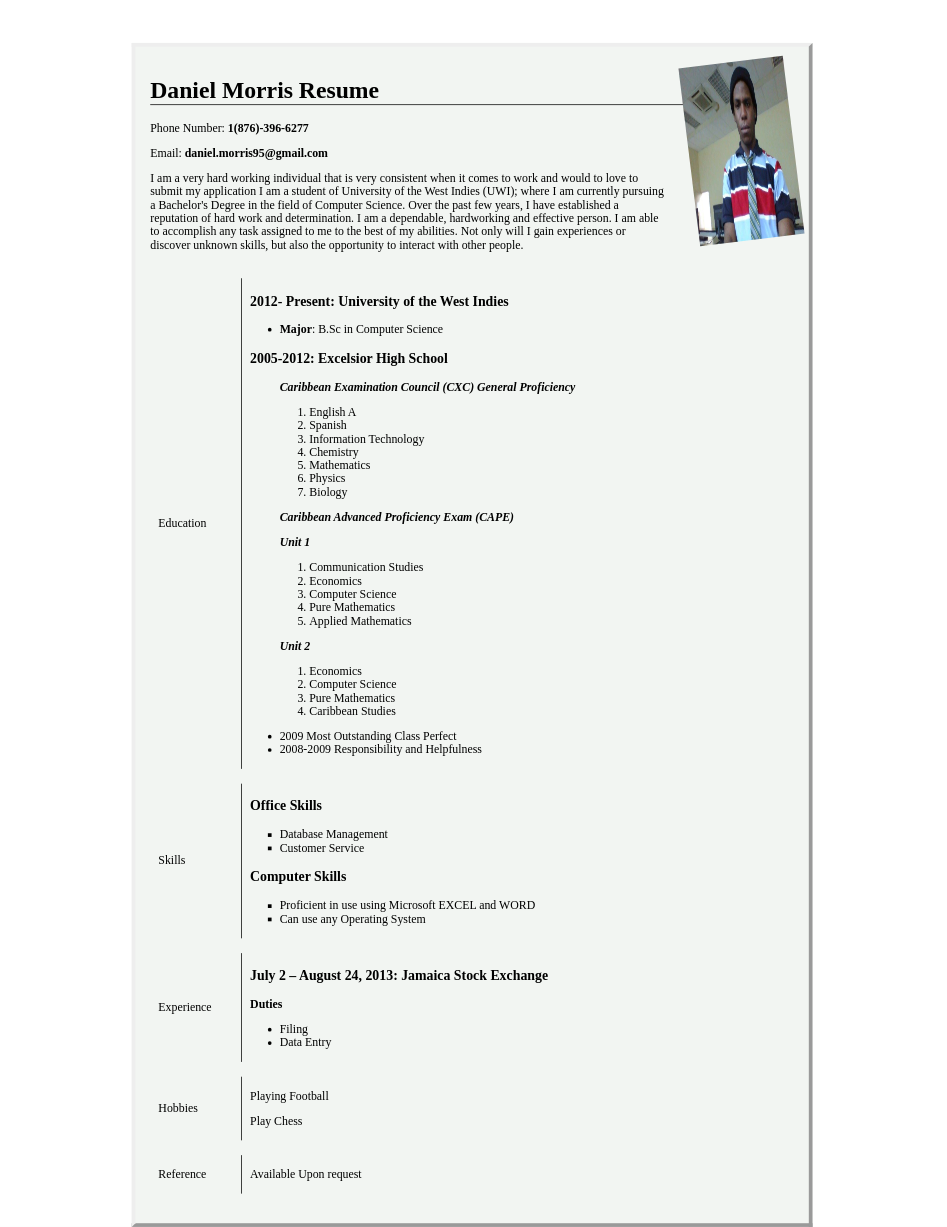
Repository: Alvezsoftware/daniel
Page: workspace/webresume.html
The author's editor kept a record of every edit. The page is drawn from the files as they stood at one moment, then again after the next edit.
The browser window is 1280 px wide. The pictures show the whole page, at 74% of full size.

Above is the page before.

### workspace/webresume.html
<!DOCTYPE html>
<html>

<head>
    <link rel="stylesheet" type="text/css" href="stylesheet.css">
</head>

<body>
<div id="pos"><img src = "daniel.jpg
" >
<h1 id="line" >Daniel Morris Resume</h1>


<p>Phone Number: <Strong>1(876)-396-6277</Strong></p>
<p>Email: <Strong>daniel.morris95@gmail.com</Strong></p>

<p id="test" >I am a very hard working individual that is very consistent when it comes to work and would to

love to submit my application

I am a student of University of the West Indies (UWI); where I am currently pursuing a

Bachelor&#39;s Degree in the field of Computer Science.

Over the past few years, I have established a reputation of hard work and determination. I am a

dependable, hardworking and effective person. I am able to accomplish any task assigned to me

to the best of my abilities. Not only will I gain experiences or discover unknown skills, but also

the opportunity to interact with other people.</p>
<table >
        <tr>
            <td class="separator">
            Education
            </td>
            <td>
            <h3>2012- Present: University of the West Indies</h3>
            <ul>
                <li><Strong>Major</Strong>: B.Sc in Computer Science</li>
            </ul>
            <h3>2005-2012: Excelsior High School</h3>
            <ul>
                <p><Strong><em>Caribbean Examination Council (CXC) General Proficiency</em></Strong></p>
                <ol>
                <li>English A</li>
                <li> Spanish </li>
                <li>Information Technology </li>
                <li>Chemistry </li>
                <li> Mathematics </li>
                <li> Physics </li>
                <li> Biology </li>
                </ol>
            </ul>
            <ul>
                <p><Strong><em>Caribbean Advanced Proficiency Exam (CAPE)</em></Strong></p>
                <p><Strong><em>Unit 1</em></Strong></p>
                <ol>
                <li>Communication Studies</li>
                <li> Economics </li>
                <li>Computer Science </li>
                <li>Pure Mathematics </li>
                <li>Applied Mathematics </li>
                </ol>
            </ul>
             <ul>
                <p><Strong><em>Unit 2</em></Strong></p>
                <ol>
                <li> Economics </li>
                <li>Computer Science </li>
                <li>Pure Mathematics </li>
                <li>Caribbean Studies </li>
                </ol>
            </ul>
            <ul>
                <li>2009 Most Outstanding Class Perfect</li>
                <li>2008-2009 Responsibility and Helpfulness</li>
            </ul>
            </td>
        </tr>
         <tr>
            <td class="separator">
            Skills
            </td>
            <td>
            <h3>Office Skills</h3>
                <ol style="list-style-type:square" >
                    <li>Database Management</li>
                    <li>Customer Service</li>
                </ol>
                <h3>Computer Skills</h3>
                <ol style="list-style-type:square" >
                    <li>Proficient in use using Microsoft EXCEL and WORD</li>
                    <li>Can use any Operating System</li>
                </ol>
            </td>
        </tr>
        <tr>
            <td class="separator">
            Experience
            </td>
            <td>
                <h3>July 2 	&ndash; August 24, 2013: Jamaica Stock Exchange</h3>
                <p id= "centre"><Strong>Duties</Strong></p>
                <ul>
                    <li>Filing</li>
                    <li>Data Entry</li>
                </ul>
            </td>
        </tr>
         <tr>
            <td class="separator">
            Hobbies
            </td>
             <td>
                <p>Playing Football</p>
                <p>Play Chess</p>
            </td>
        </tr>

         <tr>
            <td class="separator">
            Reference
            </td>
             <td>
             <p>Available Upon request</p>
            </td>
        </tr>
</table>
</div>

</body>
</html>

### workspace/stylesheet.css

div{
    border:5px;
    border-style:outset;
    padding:20px;
    margin: 50px 170px;
    background-color:#F2F5F2;
}
img{
float:right;
width:142px;
height:242px;
right:0;
top: 7px;
transform:rotate(-7deg);
}
#pos{
    position:absolute;
    width:68%;
}

h1{
    text-align: left;
}


#line
{
  border-bottom:1px;
  border-style:solid;
  border-top:0px;
  border-right:0px;
  border-left:0px;
  width:90%;
}
table{
   border-collapse: separate;
   border-spacing: 10px 20px;
}
td{
     padding-right:40px;
}

.separator{
  border-right:1px;
  border-style:solid;
  border-top:0px;
  border-bottom:0px;
  border-left:0px;
}


#test {
    width: 61em;
    word-wrap: break-word;
    max-width: 80%;
}

After the next edit:
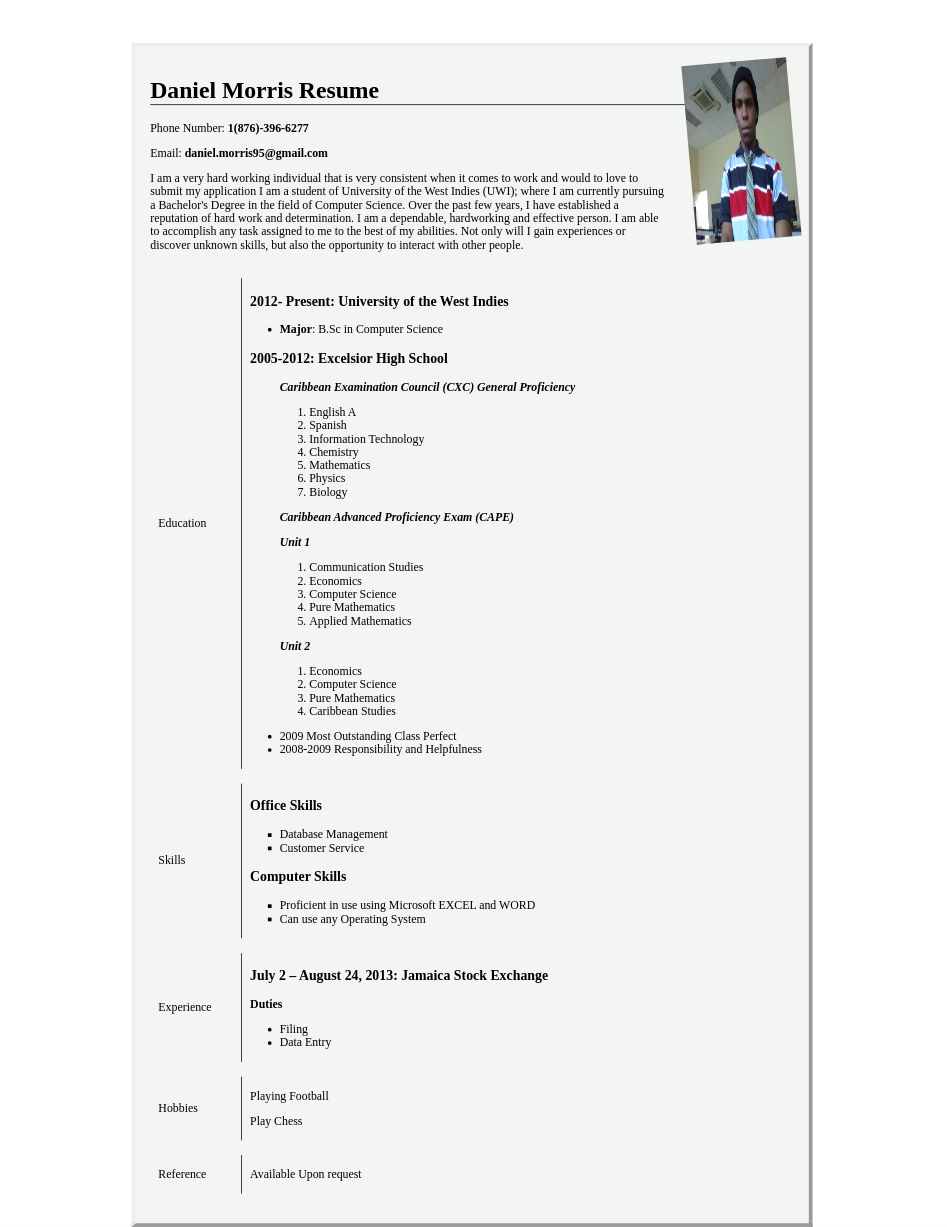
The edit:
--- a/workspace/stylesheet.css
+++ b/workspace/stylesheet.css
@@ -12,7 +12,7 @@
 height:242px;
 right:0;
 top: 7px;
-transform:rotate(-7deg);
+transform:rotate(-5deg);
 }
 #pos{
     position:absolute;
